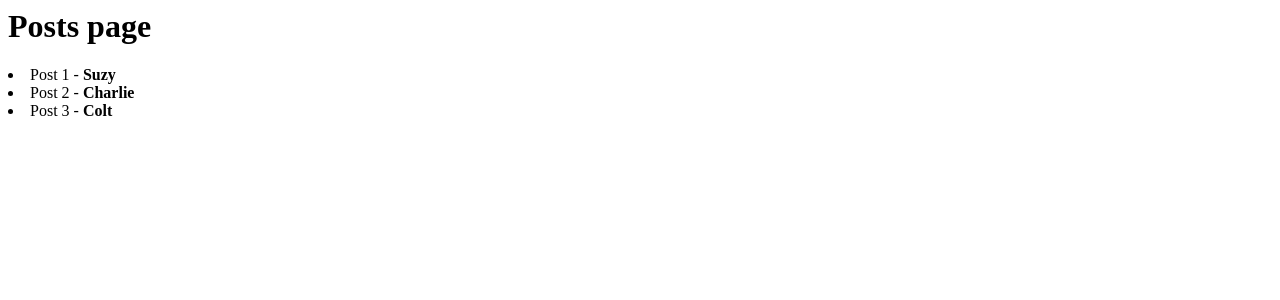
Repository: cuauhtlahuac/WebAppsPractices
Page: http://localhost/posts
The author's editor kept a record of every edit. The page is drawn from the files as they stood at one moment, then again after the next edit.
The browser window is 1280 px wide. The pictures show the whole page.
The page is served by the project's Node server (MoreExpress/EjsDemo/app.js).

Above is the page before.

### workspaceEnglish/MoreExpress/EjsDemo/views/posts.ejs
<h1>Posts page</h1>

<% for(var i = 0 ; i < posts.length ; i++){ %>

<li>
    <%= posts[i].title %> - <strong> <%= posts[i].author %> </strong>
    </li>

<% } %>

### workspaceEnglish/MoreExpress/EjsDemo/app.js
var express = require("express");

var app = express();


app.use(express.static("public"));       //serves public directory for app.css

app.set("view engine", "ejs");

app.get("/", function(req, res){

    res.render("home");  //so that we don't have to write ejs after each template name

});


app.get("/youfellinlovewith/:thing", function(req, res){


    var thing = req.params.thing;

    res.render("love" , {
        thingVar : thing
    });


});


app.get("/posts", function(req, res){

    var posts = [{title: "Post 1", author: "Suzy"},

    {title: "Post 2", author: "Charlie"},

    {title: "Post 3", author: "Colt"}


        ];

        res.render("posts",{posts:posts});

});

















app.listen(process.env.PORT, process.env.IP, function(){

    console.log("Server is running");
})

### workspaceEnglish/MoreExpress/EjsDemo/views/partials/header.ejs
<!DOCTYPE html>
<head>
    <title>Demo App</title>
    <link rel = "stylesheet" href = "/app.css">
</head>

<body>

### workspaceEnglish/MoreExpress/EjsDemo/public/app.css
body{

    background: red;
    color: purple;
}

After the next edit:
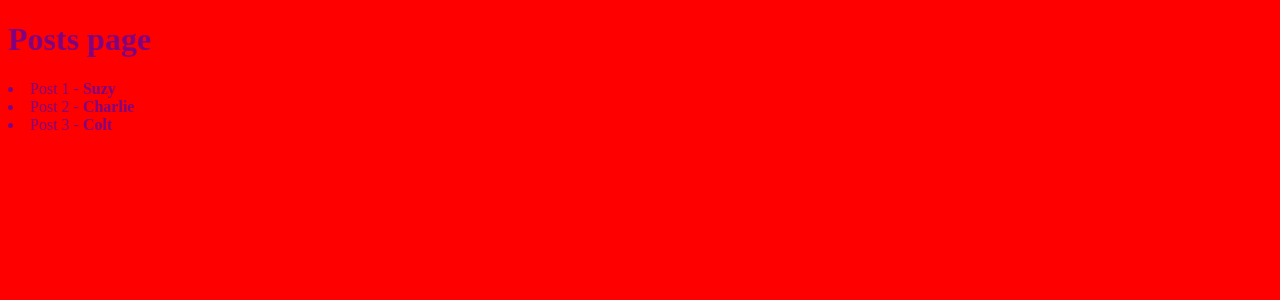
The edit:
--- a/workspaceEnglish/MoreExpress/EjsDemo/views/posts.ejs
+++ b/workspaceEnglish/MoreExpress/EjsDemo/views/posts.ejs
@@ -1,3 +1,7 @@
+
+<% include partials/header %>
+
+
 <h1>Posts page</h1>
 
 <% for(var i = 0 ; i < posts.length ; i++){ %>
